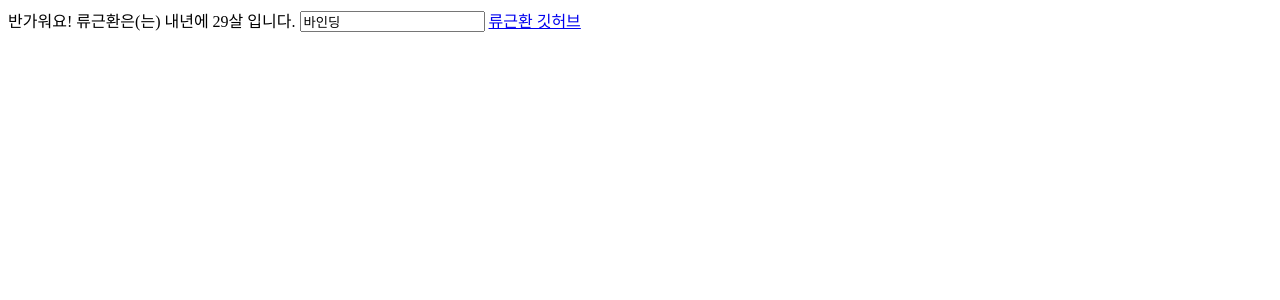
Repository: RyuGeunHwan/code_J
Page: Vuejs/22-08-09 vuejs 기초.html
An editor plug-in stored every save of this project. The page is shown before and after the next save, followed by the edit.
The browser window is 1280 px wide. The pictures show the whole page.

Above is the page before, as saved 2022-08-09 16:27:32.

### Vuejs/22-08-09 vuejs 기초.html
<!DOCTYPE html>
<html lang="en">
<head>
    <meta charset="UTF-8">
    <meta http-equiv="X-UA-Compatible" content="IE=edge">
    <meta name="viewport" content="width=device-width, initial-scale=1.0">
    <title>뷰 기초 익히기</title>
    <!-- vue CDN -->
    <script src="https://cdn.jsdelivr.net/npm/vue/dist/vue.js"></script>
    <script src="https://cdn.jsdelivr.net/npm/vue@2.6.0"></script>
    <script type="module">
        import Vue from 'https://cdn.jsdelivr.net/npm/vue@2.6.12/dist/vue.esm.browser.js'
      </script>
</head>
<body>
    <div id="app">
        {{ nextYear('반가워요') }}
        <!-- 바인딩(연결) 시작 -->
        <!-- v-bind:type="type"   =>  :type="type" 작성가능, v-bind 생략가능 -->
        <input :type="type" :value="inputData">
        <a :href="getGeunhwanGithub('RyuGeunHwan')">류근환 깃허브</a>
    </div>
    <script>
        // vue인스턴스 생성
        new Vue({
            // el : '태그 이름'
            el: '#app',
            data: {
                // 변수와 데이터 작성 구간(json과 유사한 의미)
                person:{
                    name: '류근환',
                    age : 28
                },
                inputData: '바인딩',
                type: 'text',
                link: 'https://github.com/'
            },
            methods: {
                // 함수 작성 구간
                getGeunhwanGithub(channel){
                    return this.link+channel;
                },
                nextYear(greeting){
                    //메소드 사용시 원하는 값을 retunr해주어야함.
                    return greeting +'! '+this.person.name + '은(는) 내년에 ' + (this.person.age+1)+'살 입니다.';
                },
                otherMethod(){
                    this.nextYear();
                }
            }
        })
    </script>
</body>
</html>

After the next save:
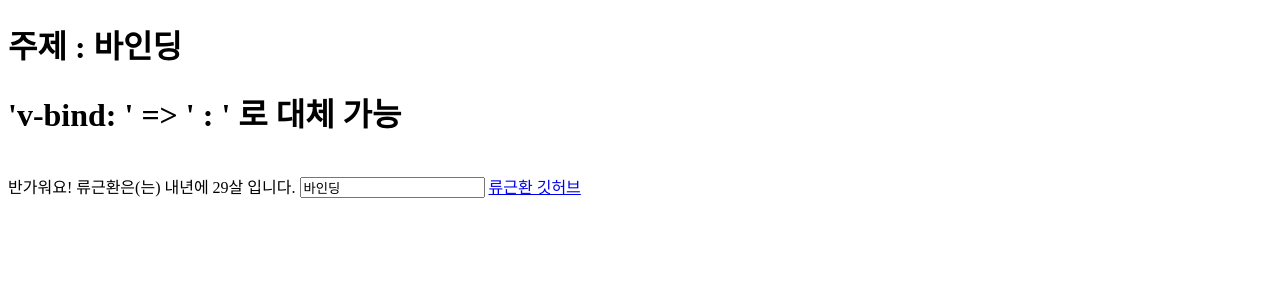
Saved 4 s later.
--- a/Vuejs/22-08-09 vuejs 기초.html
+++ b/Vuejs/22-08-09 vuejs 기초.html
@@ -14,6 +14,8 @@
 </head>
 <body>
     <div id="app">
+        <h1>주제 : 바인딩</h1>
+        <h1>'{{topic}} ' => ' : ' 로 대체 가능</h1><br>
         {{ nextYear('반가워요') }}
         <!-- 바인딩(연결) 시작 -->
         <!-- v-bind:type="type"   =>  :type="type" 작성가능, v-bind 생략가능 -->
@@ -26,6 +28,7 @@
             // el : '태그 이름'
             el: '#app',
             data: {
+                topic: 'v-bind:',
                 // 변수와 데이터 작성 구간(json과 유사한 의미)
                 person:{
                     name: '류근환',
